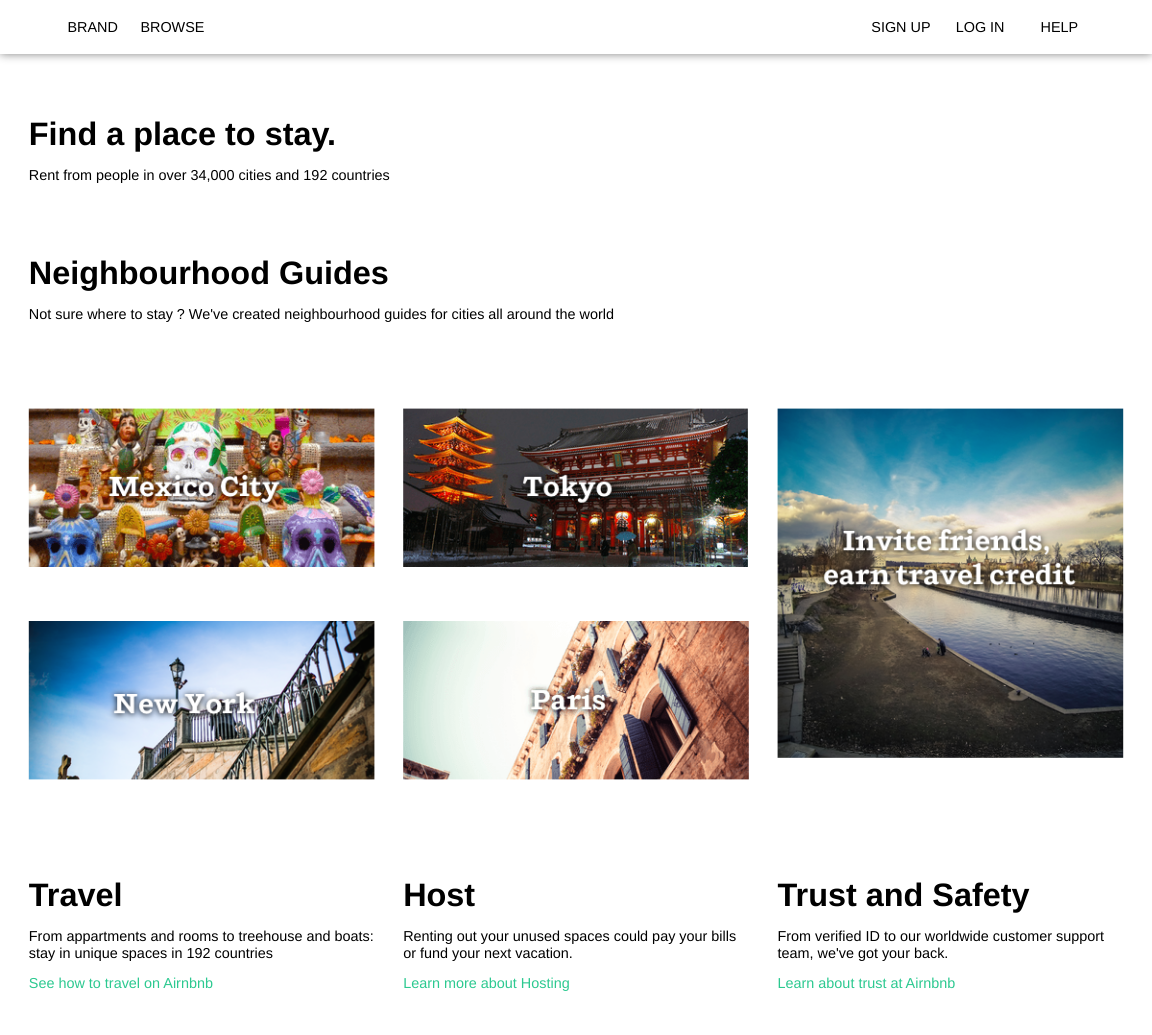
Repository: Naohonproject/web101x02-asm3
Page: Project3.html
The author's editor kept a copy of each file at every save. The page is drawn from the files as they stood at one save, then again after the next save.
The browser window is 1280 px wide. The pictures show the whole page, at 90% of full size.

Above is the page before, as saved 2022-01-22 15:21:57.

### Project3.html
<!-- @format -->

<!DOCTYPE html>
<html lang="en">
	<head>
		<meta charset="UTF-8" />
		<meta http-equiv="X-UA-Compatible" content="IE=edge" />
		<meta name="viewport" content="width=device-width, initial-scale=1.0" />
		<link rel="stylesheet" href="./assets/css/style.css" />

		<link rel="stylesheet" href="./assets/css/layout.css" />
		<link rel="stylesheet" href="./assets/css/responsive.css" />
		<title>Home</title>
	</head>
	<body>
		<header id="header">
			<div class="header-wrapper">
				<div class="nav-bar">
					<div class="left-col">
						<div class="nav-item ml">
							<a href="#">Brand</a>
						</div>

						<div class="nav-item ml">
							<a href="#">Browse</a>
						</div>
					</div>

					<div class="right-col">
						<div class="nav-item ml">
							<a href="Signup.html" target="_blank">Sign Up</a>
						</div>

						<div class="nav-item ml">
							<a href="login.html" target="_blank">Log In</a>
						</div>

						<div class="nav-item ml mr">
							<a href="#" target="_blank">Help</a>
						</div>
					</div>
				</div>
			</div>
		</header>

		<div id="main" class="p-32">
			<div id="banner">
				<div class="banner-wrapper">
					<div class="content-heading">
						<h1 class="bold-text">Find a place to stay.</h1>
					</div>
					<div class="content-desc">
						<p>Rent from people in over 34,000 cities and 192 countries</p>
					</div>
				</div>
			</div>

			<div id="section">
				<div class="section-wrapper">
					<div class="section-heading">
						<h2 class="bold-text">Neighbourhood Guides</h2>
					</div>
					<div class="section-desc">
						<p>
							Not sure where to stay ? We've created neighbourhood guides for
							cities all around the world
						</p>
					</div>
				</div>
			</div>

			<div id="img-list">
				<div class="img-list-wrapper row">
					<div class="image-block col-tablet-6 col-desktop-4">
						<img
							class="first-img"
							src="./assets/img/web101x-Mexico City.png"
							alt="Mexico City"
							width="360"
						/>
						<img
							src="./assets/img/web101x-New York.png"
							alt="New York City"
							width="360"
						/>
					</div>
					<div class="image-block col-tablet-6 col-desktop-4">
						<img
							class="first-img"
							src="./assets/img/web101x-Tokyo.png"
							alt="Tokyo City"
							width="360"
						/>
						<img
							src="./assets/img/web101x-Paris.png"
							alt="Paris City"
							width="360"
						/>
					</div>
					<div class="image-block col-tablet-6 col-desktop-4">
						<img
							src="./assets/img/web101x-Invitation.png"
							alt="Invitation image"
							width="360"
						/>
					</div>
				</div>
				<div class="clear"></div>
			</div>
		</div>

		<footer id="footer" class="p-32">
			<div class="footer-wrapper row">
				<div class="footer-block col-desktop-4">
					<h3 class="bold-text">Travel</h3>
					<p>
						From appartments and rooms to treehouse and boats: stay in unique
						spaces in 192 countries
					</p>
					<a href="#">See how to travel on Airnbnb</a>
				</div>

				<div class="footer-block col-desktop-4">
					<h3 class="bold-text">Host</h3>
					<p>
						Renting out your unused spaces could pay your bills or fund your
						next vacation.
					</p>
					<a href="#">Learn more about Hosting</a>
				</div>

				<div class="footer-block col-desktop-4">
					<h3 class="bold-text">Trust and Safety</h3>
					<p>
						From verified ID to our worldwide customer support team, we've got
						your back.
					</p>
					<a href="#">Learn about trust at Airnbnb</a>
				</div>
				<div class="clear"></div>
			</div>
		</footer>
	</body>
</html>

### assets/css/style.css
/**
 * /* ======reset css======
 *
 * @format
 */

*,
::before,
::after {
	padding: 0;
	margin: 0;
	box-sizing: border-box;
	list-style-type: none;
	text-decoration: none;
	color: #000;
}

html {
	font-family: "Helvetica Neue", Helvetica, Arial;
}

.header-wrapper {
	font-size: 16px;
}

.nav-bar a {
	color: #fff;
	text-transform: uppercase;
}

### assets/css/layout.css
/** @format */
.ml {
	margin-left: 10px;
}

.mr {
	margin-right: 10px;
}

.row {
	display: flex;
	flex-direction: row;
	flex-wrap: wrap;
}

.bold-text {
	font-size: 36px;
	font-weight: bold;
}

.row > * {
	width: 100%;
	max-width: 100%;
	flex-shrink: 0;
}

.col-1 {
	width: 8.33%;
}
.col-2 {
	width: 16.66%;
}
.col-3 {
	width: 25%;
}
.col-4 {
	width: 33.33%;
}
.col-5 {
	width: 41.66%;
}
.col-6 {
	width: 50%;
}
.col-7 {
	width: 58.33%;
}
.col-8 {
	width: 66.66%;
}
.col-9 {
	width: 75%;
}
.col-10 {
	width: 83.33%;
}
.col-11 {
	width: 91.66%;
}
.col-12 {
	width: 100%;
}

#header {
	width: 100vw;
	height: 60px;
	background-color: #60646d;
	background-clip: border-box;
	position: fixed;
	left: 0;
	top: 0;
	z-index: 1;
}

.nav-bar {
	display: flex;
	flex-direction: row;
	flex-wrap: no-wrap;
	align-items: center;
	justify-content: space-evenly;
	padding: 0 20px;
}

.nav-item {
	width: 70px;
	height: 60px;
	padding: 22px 0;
	text-align: center;
}

.left-col {
	display: flex;
	flex: 2;
	flex-direction: row;
	justify-content: space-around;
	align-items: center;
}

.right-col {
	display: flex;
	flex: 3;
	flex-direction: row;
	justify-content: space-around;
	align-items: center;
}

#main {
	margin-top: 60px;
}

#main,
#footer {
	padding: 32px;
}

#banner {
	width: 100%;
	background-color: #fff;
	color: #000;
	position: relative;
	top: 0;
	left: 0;
}

div[class*="-heading"] {
	padding-top: 36px;
}

div[class*="-desc"] {
	margin-top: 16px;
}

#section {
	margin-top: 42px;
}

#img-list {
	width: 100%;
}

.img-list-wrapper {
	padding: 24px 0;
	margin: 0 auto;
}

#img-list img {
	width: 100%;
	margin-top: 56px;
}

.footer-block {
	padding: 24px 0;
}

.footer-block > * {
	padding: 16px 0;
}

#footer a {
    color: #2CC990;
    text-decoration: initial;
}
}

### assets/css/responsive.css
/** @format */

/* ========responsive for tablet */

@media screen and (min-width: 768px) {
	#header {
		background-color: #87766c;
	}

	.nav-bar {
		padding: 0 28px;
	}

	.left-col {
		justify-content: flex-start;
	}

	.right-col {
		justify-content: flex-end;
	}

	.ml {
		margin-left: 14px;
	}

	.mr {
		margin-right: 14px;
	}

	.img-list-wrapper {
		margin: 0 -24px;
	}

	.col-tablet-1 {
		width: 8.33%;
	}
	.col-tablet-2 {
		width: 16.66%;
	}
	.col-tablet-3 {
		width: 25%;
	}
	.col-tablet-4 {
		width: 33.33%;
	}
	.col-tablet-5 {
		width: 41.66%;
	}
	.col-tablet-6 {
		width: 50%;
		padding: 0 24px;
	}
	.col-tablet-7 {
		width: 58.33%;
	}
	.col-tablet-8 {
		width: 66.66%;
	}
	.col-tablet-9 {
		width: 75%;
	}
	.col-tablet-10 {
		width: 83.33%;
	}
	.col-tablet-11 {
		width: 91.66%;
	}
	.col-tablet-12 {
		width: 100%;
	}

	#footer p {
		padding-top: 0;
	}

	#main {
		padding-bottom: 0;
	}

    #
}

/* ========responsive for desktop */

@media screen and (min-width: 992px) {
	#header {
		background-color: #fff;
		box-shadow: 0 0 10px gray;
	}

	.nav-bar {
		padding: 0 50px;
	}

	.left-col {
		justify-content: flex-start;
	}

	.right-col {
		justify-content: flex-end;
	}

	.ml {
		margin-left: 18px;
	}

	.mr {
		margin-right: 18px;
	}

	.nav-bar a {
		color: #000;
	}
	.row {
		margin: 0 -16px;
	}

	.col-desktop-1 {
		width: 8.33%;
	}
	.col-desktop-2 {
		width: 16.66%;
	}
	.col-desktop-3 {
		width: 25%;
	}
	.col-desktop-4 {
		width: 33.33%;
		padding: 16px;
	}
	.col-desktop-5 {
		width: 41.66%;
	}
	.col-desktop-6 {
		width: 50%;
	}
	.col-desktop-7 {
		width: 58.33%;
	}
	.col-desktop-8 {
		width: 66.66%;
	}
	.col-desktop-9 {
		width: 75%;
	}
	.col-desktop-10 {
		width: 83.33%;
	}
	.col-desktop-11 {
		width: 91.66%;
	}
	.col-desktop-12 {
		width: 100%;
	}
}

After the next save:
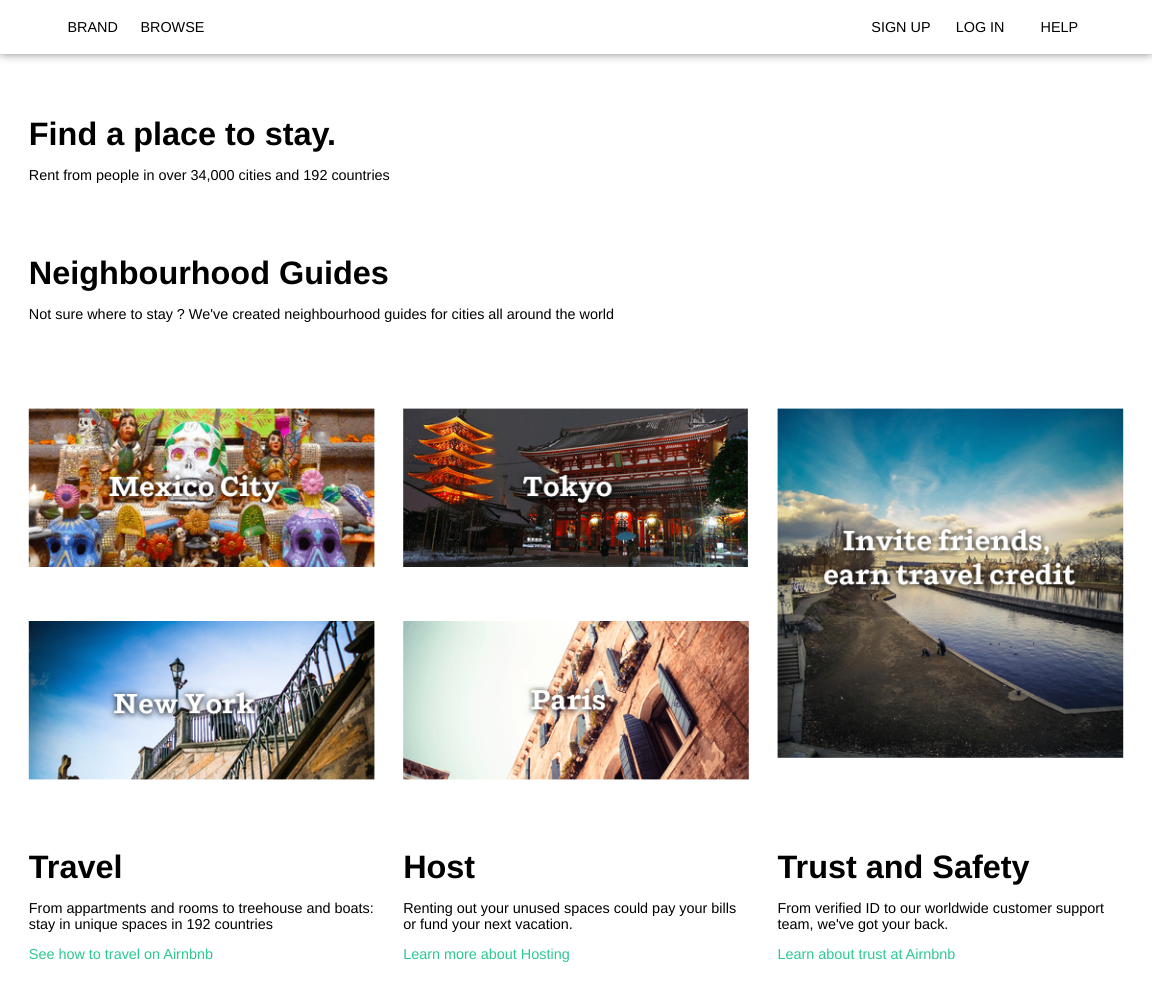
Saved 32 s later.
--- a/assets/css/responsive.css
+++ b/assets/css/responsive.css
@@ -77,7 +77,9 @@
 		padding-bottom: 0;
 	}
 
-    #
+	#footer {
+		padding-top: 0;
+	}
 }
 
 /* ========responsive for desktop */

After the save that followed:
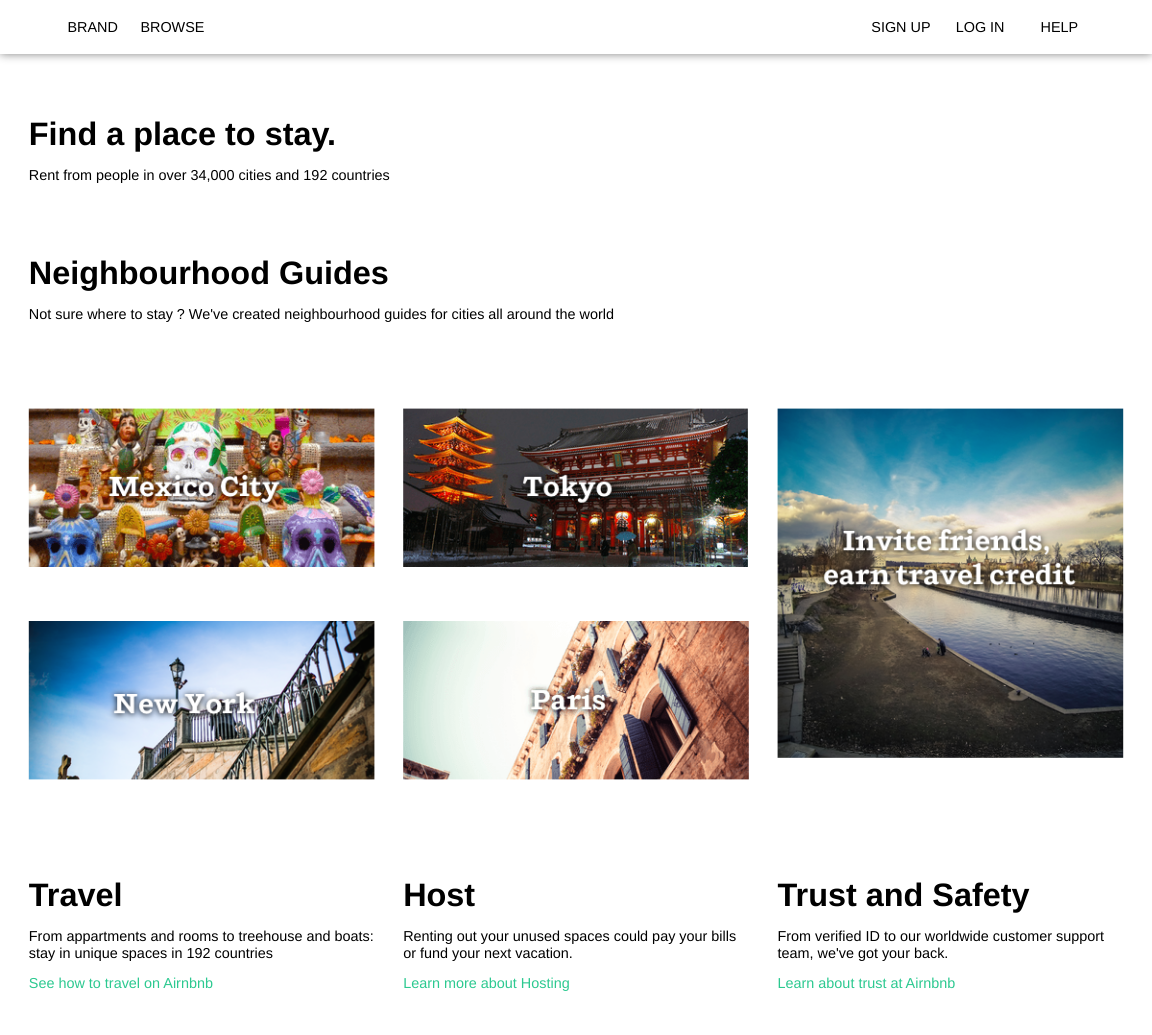
Saved 102 s later.
--- a/assets/css/responsive.css
+++ b/assets/css/responsive.css
@@ -80,6 +80,10 @@
 	#footer {
 		padding-top: 0;
 	}
+
+	.footer-block {
+		margin-top: 32px;
+	}
 }
 
 /* ========responsive for desktop */
